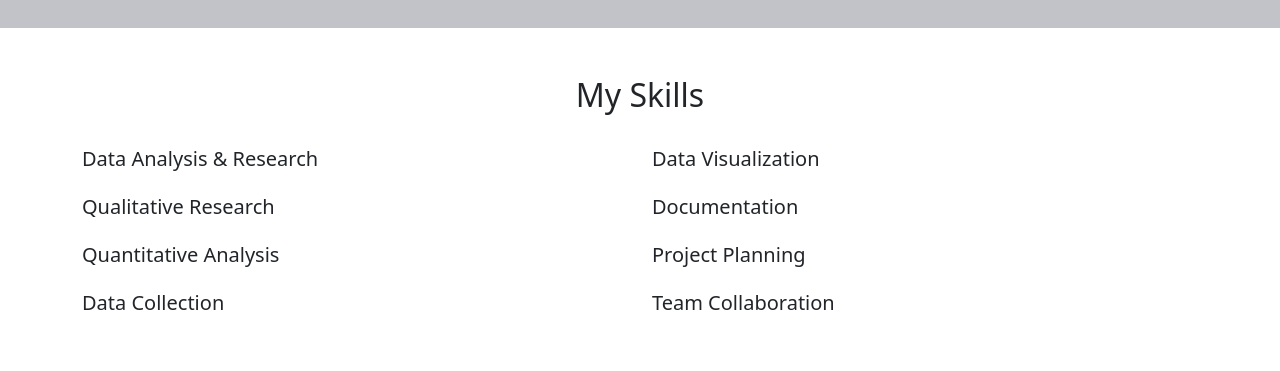
Repository: NalweMari/My-Personal-Portfolio
Page: index.html
These files come from the project's save history. The page is drawn as it stood at one moment and after a run of saves; the edit follows.
The browser window is 1280 px wide. The pictures show the part of the page from y = 957 to 1420 px (the page is 1328 px tall before and 1420 px after).
A picture or video elsewhere on the page could not be fetched, so the positions and the page height are approximate.

Above is the page before, as saved 2025-11-30 07:41:00.
Console error (its wording comes from the project's code and is left out).

### index.html
<!DOCTYPE html>
<html lang="en">

<head>
    <meta charset="UTF-8">
    <meta name="viewport" content="width=device-width, initial-scale=1.0">
    <title>My Portfolio</title>
    <link rel="stylesheet" href="style.css">
    <!-- Bootstrap CSS -->
    <link href="https://cdn.jsdelivr.net/npm/bootstrap@5.3.0/dist/css/bootstrap.min.css" rel="stylesheet">
    <!-- Font Awesome for icons -->
    <link rel="stylesheet" href="https://cdnjs.cloudflare.com/ajax/libs/font-awesome/6.4.0/css/all.min.css">
</head>
<body>
    <!-- Navigation -->
    <nav class="navbar navbar-expand-lg navbar-dark bg-custom fixed top">
        <div class="container sm">
            <a class="navbar-brand Logo" href="#"><img src="images/Initials_Logo-preview (1).png" alt="Your Logo"
                    height="80"></a> <button class="navbar-toggler" type="button" data- 6 toggle="collapse"
                data-target="#navbarNav" aria-controls="navbarNav" aria-expanded="false" aria-label="Toggle navigation">
                <span class="navbar-toggler-icon"></span> </button>
            <div class="collapse navbar-collapse" id="navbarNav">
                <ul class="navbar-nav ms-auto">
                    <li class="nav-item"><a class="nav-link" href="#home">Home</a></li>
                    <li class="nav-item"><a class="nav-link" href="#about">About</a></li>
                    <li class="nav-item"><a class="nav-link" href="#skills">Skills</a></li>
                    <li class="nav-item"><a class="nav-link" href="#portfolio">Portfolio</a></li>
                    <li class="nav-item"><a class="nav-link" href="#contact">Contact</a></li>
                </ul>
            </div>
        </div>
    </nav>

    <!-- Hero Section -->
    <section id="home" class="hero-section">
        <div class="container">
            <div class="row align-items-center">
                <div class="col-lg-6">
                    <h1 class="display-4 fw-bold mb-3">HI I'M NALWEYISO MARIAM</h1>
                    <p class="lead mb-4">Research & Data Analyst with 4 years experience in social research and data
                        collection</p>
                    <div class="d-flex flex-wrap gap-3">
                       <a href="#contact" class="btn btn-outline-light btn-lg">Contact Me</a>
                    </div>
                </div>
                <div class="col-lg-6 text-center mt-5 mt-lg-0">
                    <img src="images/Profile design.png" class="img-fluid rounded large-profile"
                        alt="Nalweyiso Mariam">
                </div>
            </div>
        </div>
    </section>

    <!-- About Section -->
    <section id="about" class="py-5 bg-custom">
        <div class="container">
            <h2 class="section-title">About Me</h2>
            <div class="row align-items-center">
                <div class="col-lg-4 text-center mb-4 mb-lg-0">
                    <img src="images/woman coding.jpg" class="img-fluid rounded shadow" alt="Nalweyiso Mariam"
                        style="max-width: 300px;">
                </div>
                <div class="col-lg-8">
                    <p class="lead">Hi, I'm Nalweyiso Mariam. I'm a research/data analyst with 4 years of experience in
                        social research, qualitative and quantitative data collection.</p>
                    <p>I'm currently developing strong analytical capacity with practical learning in Excel, SQL,
                        Python,
                        and data visualization. Skilled in documentation, scheduling, planning, teamwork, and report
                        drafting, with additional beginner-level exposure to web development.I'm always excited about
                        challenges and take on challenging projects.</p>
                    <div class="row mt-4">
                        <div class="col-md-6">
                            <ul class="list-unstyled">
                                <li class="mb-2"><i class="fas fa-check text-primary me-2"></i> Social Research</li>
                                <li class="mb-2"><i class="fas fa-check text-primary me-2"></i> Data Analysis</li>
                                <li class="mb-2"><i class="fas fa-check text-primary me-2"></i> Qualitative Methods</li>
                            </ul>
                        </div>
                        <div class="col-md-6">
                            <ul class="list-unstyled">
                                <li class="mb-2"><i class="fas fa-check text-primary me-2"></i> web development</li>
                                <li class="nav-item"><i class="fas fa-check text-primary me-2"></i> Data Visualization
                                </li>
                                <li class="mb-2"><i class="fas fa-check text-primary me-2"></i> Project Documentation
                                </li>
                            </ul>
                        </div>
                    </div>
                    <div class="mt-4">
                        <a href="#" class="btn btn-primary me-3"><i class="fas fa-download me-2"></i>Download CV</a>
                    </div>
                </div>
            </div>
        </div>
    </section>
    <!-- Skills Section -->
    <section id="skills" class="py-5">
        <div class="container">
            <h2 class="section-title text-center">My Skills</h2>
            <div class="row">
                <div class="col-md-6">
                    <h5 class="mt-4">Data Analysis & Research</h5>
                    <div class="skill-bar">
                        <div class="skill-progress" style="width: 90%"></div>
                    </div>

                    <h5 class="mt-4">Qualitative Research</h5>
                    <div class="skill-bar">
                        <div class="skill-progress" style="width: 85%"></div>
                    </div>

                    <h5 class="mt-4">Quantitative Analysis</h5>
                    <div class="skill-bar">
                        <div class="skill-progress" style="width: 80%"></div>
                    </div>

                    <h5 class="mt-4">Data Collection</h5>
                    <div class="skill-bar">
                        <div class="skill-progress" style="width: 88%"></div>
                    </div>
                </div>
                <div class="col-md-6">
                    <h5 class="mt-4">Data Visualization</h5>
                    <div class="skill-bar">
                        <div class="skill-progress" style="width: 75%"></div>
                    </div>

                    <h5 class="mt-4">Documentation</h5>
                    <div class="skill-bar">
                        <div class="skill-progress" style="width: 92%"></div>
                    </div>

                    <h5 class="mt-4">Project Planning</h5>
                    <div class="skill-bar">
                        <div class="skill-progress" style="width: 83%"></div>
                    </div>

                    <h5 class="mt-4">Team Collaboration</h5>
                    <div class="skill-bar">
                        <div class="skill-progress" style="width: 87%"></div>
                    </div>
                </div>
            </div>
        </div>
    </section>
    <script src="https://stackpath.bootstrapcdn.com/bootstrap/4.5.2/js/bootstrap.min.js"></script>
</body>

</html>

### Style.css
.bg-custom {
  background-color: rgba(3, 0, 31, 0.24);
}
.navbar-dark .navbar-nav .nav-link:hover {
    color: rgb(218, 86, 10);
}
.hero-section {
  background-color: rgba(13, 3, 99, 0.24);
  color:  rgb(218, 86, 10);
 /* padding: 10px 0; */
}
.large-profile {
    width: 400px;
    height: 400px;
    object-fit: cover;
}
/* .skill-bar {
  height: 20px;
  background-color: #e9ecef;
  border-radius: 5px;
  margin-bottom: 15px;
}
.skill-progress {
  height: 100%;
  border-radius: 5px;
  background-color: #0d6efd;
}
.project-card {
  transition: transform 0.3s;
}
.project-card:hover {
  transform: translateY(-5px);
} */

After the next 5 saves:
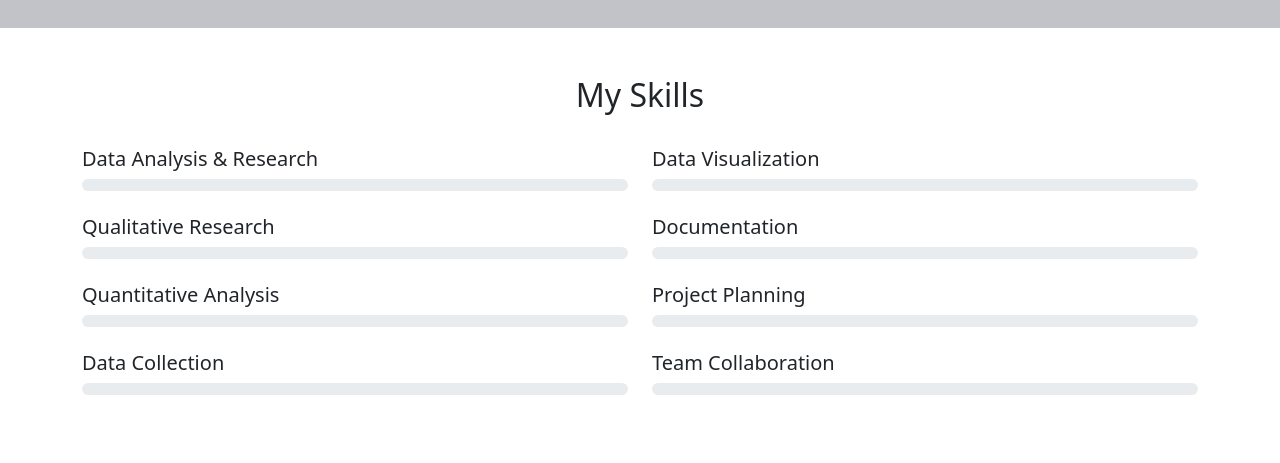
The 5 saves are shown as one change because they came seconds apart.
The last was saved 3 min 39 s later.
--- a/Style.css
+++ b/Style.css
@@ -14,6 +14,33 @@
     height: 400px;
     object-fit: cover;
 }
+
+ .skill-bar {
+            height: 12px;
+            background-color: #e9ecef;
+            border-radius: 10px;
+            margin-bottom: 20px;
+            overflow: hidden;
+        }
+
+        .skill-progress {
+            height: 100%;
+            border-radius: 10px;
+            background: linear-gradient(90deg, var(--primary-color), var(--secondary-color));
+            transition: width 1s ease-in-out;
+        }
+
+        .project-card {
+            transition: transform 0.3s ease, box-shadow 0.3s ease;
+            border: none;
+            box-shadow: 0 5px 15px rgba(0,0,0,0.08);
+        }
+
+        .project-card:hover {
+            transform: translateY(-10px);
+            box-shadow: 0 15px 30px rgba(0,0,0,0.15);
+        }
+
 /* .skill-bar {
   height: 20px;
   background-color: #e9ecef;
